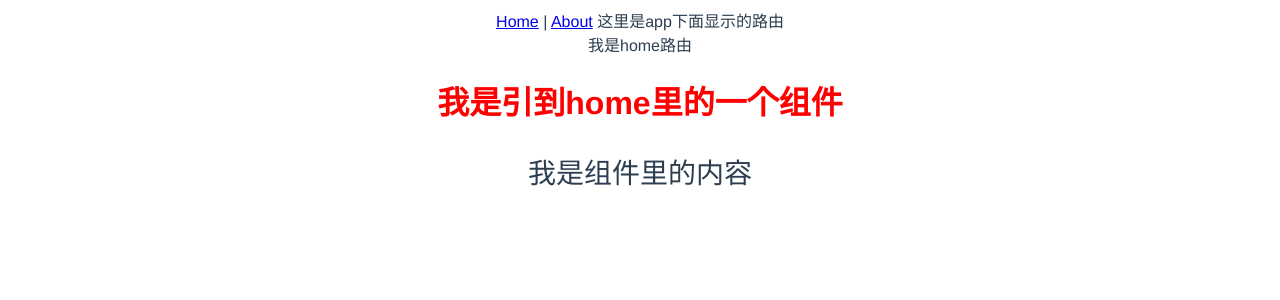
Repository: 12baby/project
Page: /
These files come from the project's save history. The page is drawn as it stood at one moment and after the next save; the edit follows.
The browser window is 1280 px wide. The pictures show the whole page.
The project was rebuilt for these pictures with package versions that can differ from the ones it lists, and the page was loaded fresh each time. Also part of the build but not shown: vue.config.js.

Above is the page before, as saved 2019-04-09 14:34:41.

### src/main.js
import Vue from "vue";
import App from "./App.vue";
import router from "./router";
import store from "./store";
import * as axios from "./common/Utils/Http";

Vue.config.productionTip = false;
Vue.prototype.axios = axios;
new Vue({
  router,
  store,
  render: h => h(App)
}).$mount("#app");

### src/App.vue
<template>
  <div id="app">
    <div id="nav">
      <router-link to="/">Home</router-link> |
      <router-link to="/about">About</router-link>
      这里是app下面显示的路由
    </div>
    <router-view />
  </div>
</template>

<style lang="less">
#app {
  font-family: "Avenir", Helvetica, Arial, sans-serif;
  -webkit-font-smoothing: antialiased;
  -moz-osx-font-smoothing: grayscale;
  text-align: center;
  color: #2c3e50;
}

</style>

### src/common/Utils/Http.js
// 引用axios
import axios from "axios";


if (process.env.NODE_ENV == "production") {
  axios.defaults.baseURL = "../";
} else {
  axios.defaults.baseURL = "/api";
}

axios.interceptors.request.use(
  config => {
    // 包装请求参数
    let requestData = config.data;
    config.data = JSON.stringify(requestData);
    // console.log("request data:", config.url, config.data)
    setHeader(config);
    return config;
  },
  err => {
    return Promise.reject(err);
  }
);

/**
 * 设置header信息
 * @param config
 */
function setHeader(config) {
  let time = new Date().getTime();
  // let token = getToken();
  let token = '702_2c9d6246dfdb97065811517fb509ffa5'
  config.headers["Content-Type"] = "application/json";
  config.headers["time"] = time;
  config.headers["token"] = token;
  config.headers["sign"] = sign;
}

/**
 * fetch 请求方法
 * @param url
 * @param params
 * @returns {Promise}
 */
export function fetch(url, params = {}) {
  return new Promise((resolve, reject) => {
    axios
      .get(url, {
        params: params
      })
      .then(response => {
        resolve(response.data);
      })
      .catch(err => {
        reject(err);
      });
  });
}

/**
 * post 请求方法
 * @param url
 * @param data
 * @returns {Promise}
 */
export function post(url, data = {}) {
  return new Promise((resolve, reject) => {
    axios.post(url, data).then(
      response => {
        resolve(response.data);
      },
      err => {
        reject(err);
      }
    );
  });
}

/**
 * patch 方法封装
 * @param url
 * @param data
 * @returns {Promise}
 */
export function patch(url, data = {}) {
  return new Promise((resolve, reject) => {
    axios.patch(url, data).then(
      response => {
        resolve(response.data);
      },
      err => {
        reject(err);
      }
    );
  });
}

/**
 * put 方法封装
 * @param url
 * @param data
 * @returns {Promise}
 */
export function put(url, data = {}) {
  return new Promise((resolve, reject) => {
    axios.put(url, data).then(
      response => {
        resolve(response.data);
      },
      err => {
        reject(err);
      }
    );
  });
}





/**
 * 设置storage
 * @param name
 * @param value
 */
export function setStorageItem(name, value) {
  if (value) {
    window.sessionStorage.setItem(name, JSON.stringify(value));
  }
}

/**
 * 获取storage
 * @param name
 * @param value
 */
export function getStorageItem(name) {
  let value = window.sessionStorage.getItem(name);
  return value == null ? '' : JSON.parse(value);
}

/**
 * 删除storage
 * @param name
 * @param value
 */
export function delStorageItem(name) {
  window.sessionStorage.removeItem(name);
}

/**
 * 清空storage
 * @param name
 * @param value
 */
export function clearStorage() {
  window.sessionStorage.clear();
}

/** *************************************************** 业务方法 ***************************************************/
/**
 * 设置用户
 * @returns {*}
 */
export function setUser(user) {
  return setStorageItem('user', user);
}
/**
 * 获取用户
 * @returns {*}
 */
export function getUser() {
  return getStorageItem('user');
}
/**
 * 设置用户token
 * @returns {*}
 */
export function setToken(token) {
  return setStorageItem('token', token);
}

/**
 * 获取用户token
 * @returns {*}
 */
export function getToken() {
  return getStorageItem('token');
}

### src/views/Home.vue
<template>
  <div class="home">
    我是home路由
    <HelloWorld msg="我是引到home里的一个组件" />
  </div>
</template>

<script>
import HelloWorld from "../components/HelloWorld/HelloWorld";

export default {
  name: "home",
  components: {
    HelloWorld
  }
};
</script>

### src/components/HelloWorld/HelloWorld.vue
<template>
  <div class="hello">
    <h1>{{ msg }}</h1>
    <p>我是组件里的内容</p>
  </div>
</template>

<script>
export default {
  name: "HelloWorld",
  props: {
    msg: String,
  },
  methods: {
    getData(){

    }
  }
};
</script>
<style scoped lang="less">
@import url("../HelloWorld/less/index.less");
</style>

### src/components/HelloWorld/less/index.less
.hello{
    h1{
        color: red
    }
    p{
        font-size: 28px;
    }
}

Loaded but not shown: public/index.html (common file); src/router.js (common file); src/store.js (common file)

After the next save:
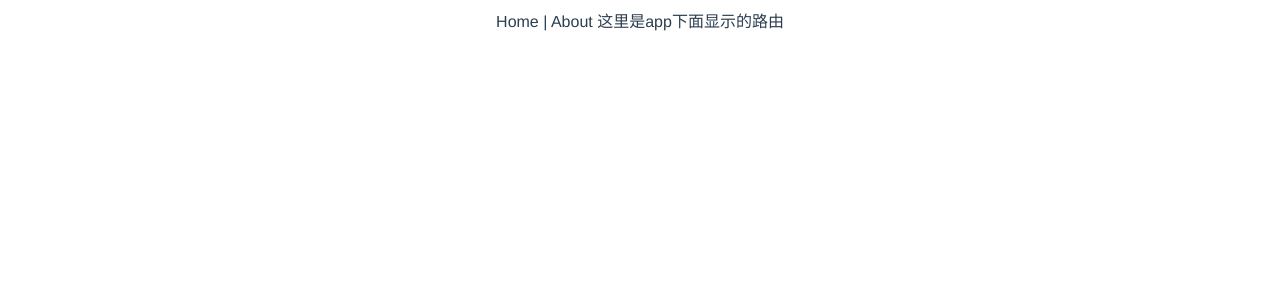
Saved 5 min 57 s later.
--- a/src/main.js
+++ b/src/main.js
@@ -1,6 +1,6 @@
 import Vue from "vue";
 import App from "./App.vue";
-import router from "./router";
+import router from "./";
 import store from "./store";
 import * as axios from "./common/Utils/Http";
 
